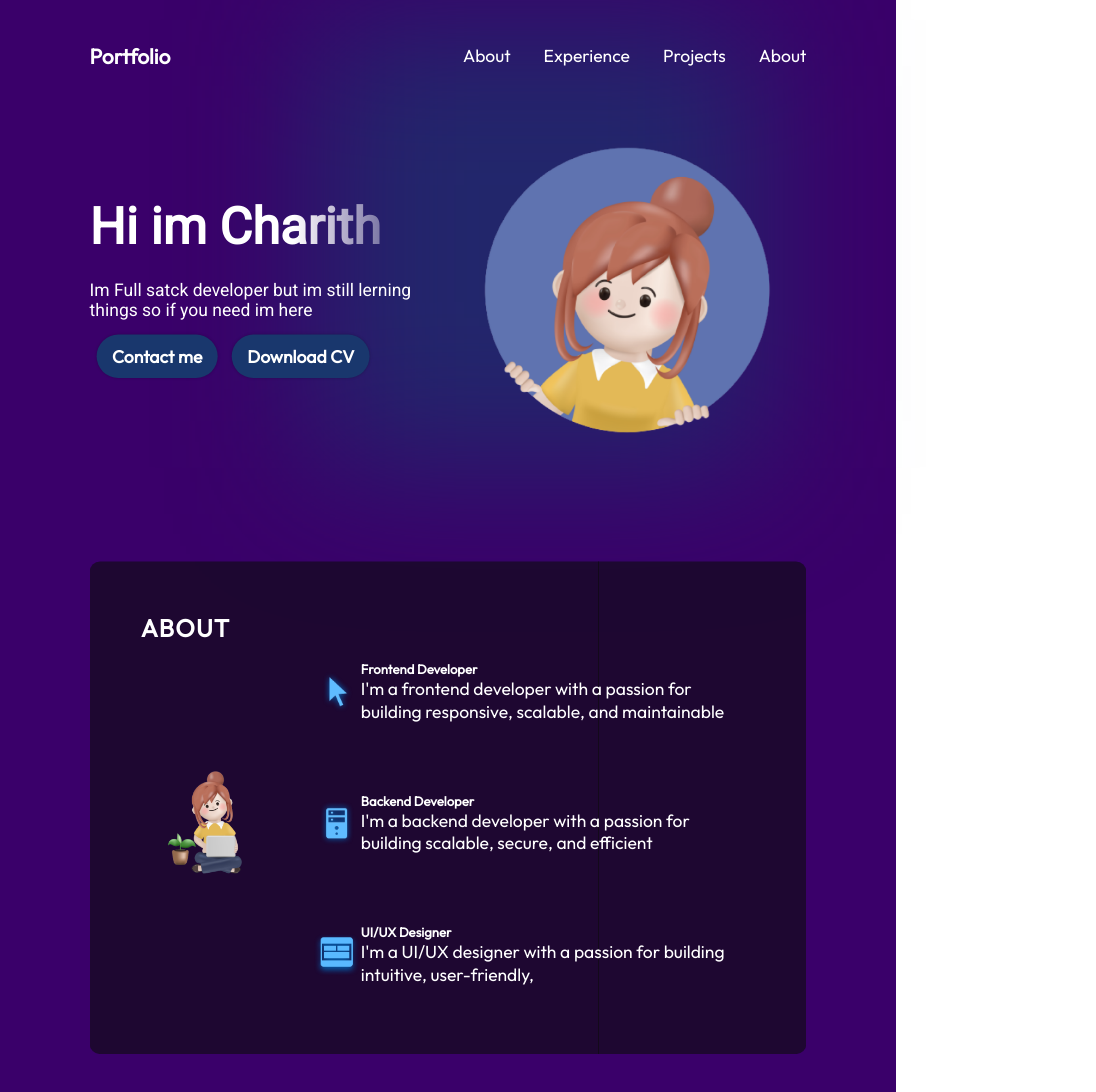
Repository: Charith117/react_portfolio
Page: / (app in react-portfolio/)
These files come from the project's save history. The page is drawn as it stood at one moment and after a run of saves; the edit follows.
The browser window is 1280 px wide. The page is 1566 px wide, then 1411 px, so the pictures cover 1566 px, including what lies to the right of the window. The pictures show the part of the page from y = 0 to 1560 px (the page is 2733 px tall), at 70% of full size.
The project was rebuilt for these pictures with package versions that can differ from the ones it lists, and the page was loaded fresh each time. Also part of the build but not shown: react-portfolio/vite.config.js.

Above is the page before, as saved 2024-06-17 21:02:41.

After the next 3 saves:
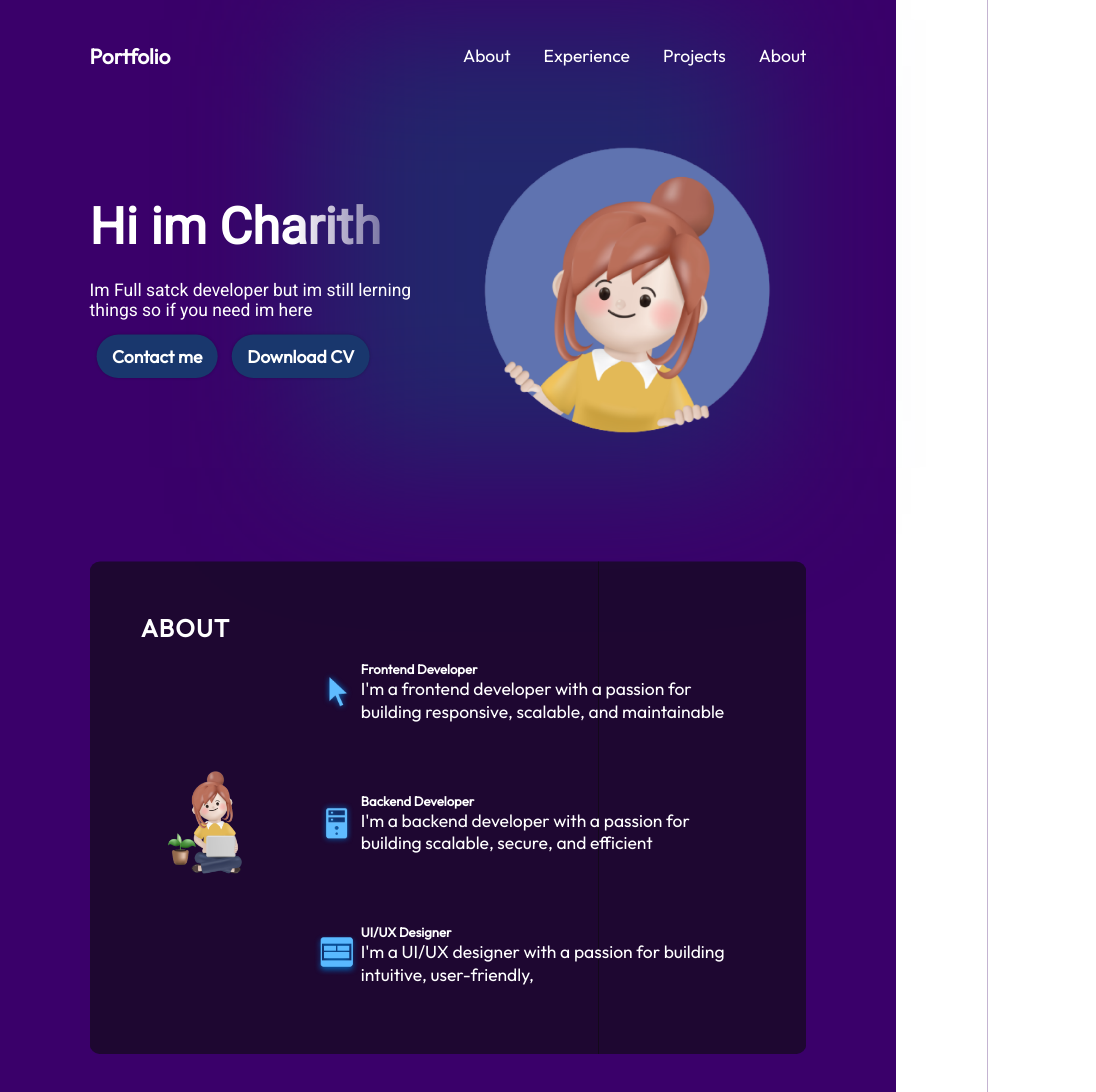
The 3 saves are shown as one change because they came seconds apart.
The last was saved 7 s later.
--- a/react-portfolio/src/components/Projects/ProjectCard.module.css
+++ b/react-portfolio/src/components/Projects/ProjectCard.module.css
@@ -8,5 +8,7 @@
     background: linear-gradient(180deg,#576cbc 0%,#132a53 100%);
     box-shadow: 1 16px 14px 0 #04152d;
     padding: 18px 24px;
-    mw
+    min-width: 345px;
+
+
 }
